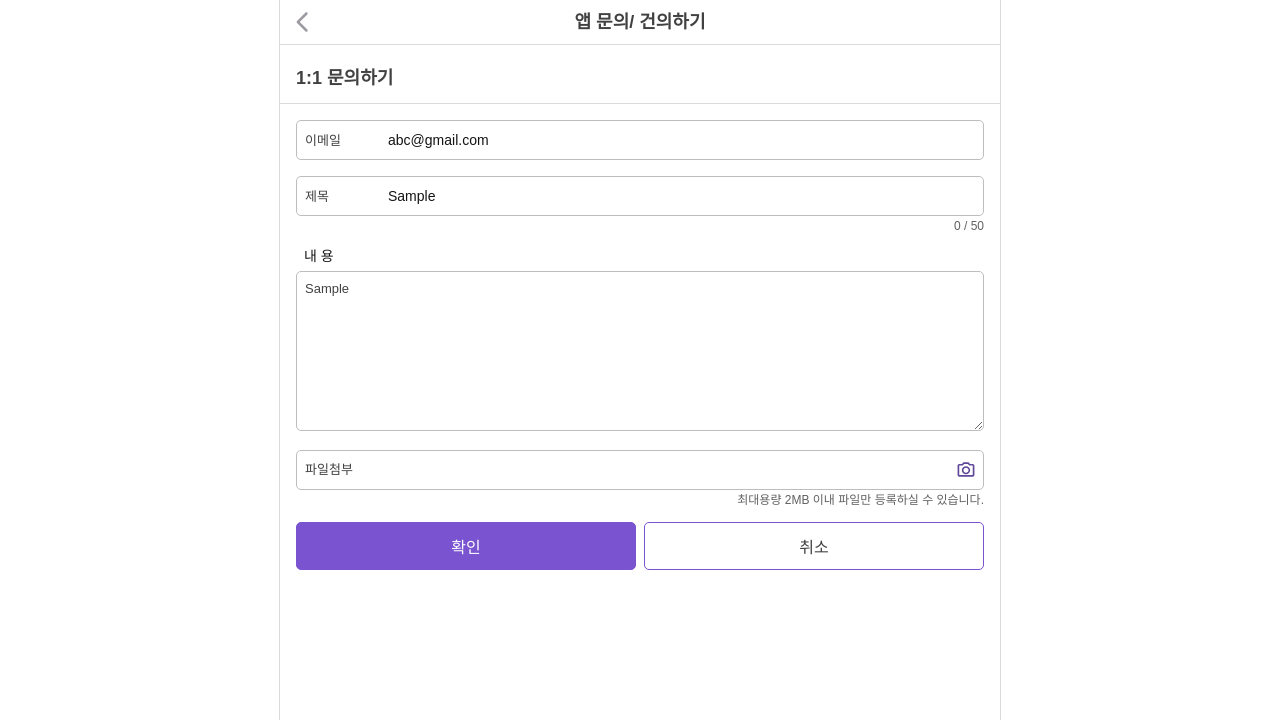
Repository: gosun1018/denguru
Page: my_complain_write.html
An editor plug-in stored every save of this project. The page is shown before and after the next save, followed by the edit.
The browser window is 1280 px wide. The pictures show the whole page.
Empty fields were first filled with sample values (such as "Sample", 5 or name@example.com).
After loading, the first visible `#complainText` was changed once.
Some web fonts or font styles are not loaded; a fallback is used. The style sheet was rebuilt from its Sass, Less or Tailwind sources for each picture, by a compiler version that may differ from the author's.

Above is the page before, as saved 2020-03-23 16:09:59.
Console error: ReferenceError: resizeTextarea is not defined

### my_complain_write.html
<!DOCTYPE html>
<html lang="en">
<head>
    <meta charset="UTF-8">
    <meta name="viewport" content="width=device-width, initial-scale=1.0">
    <title>DENGURU:: 앱 문의/ 건의하기</title>
    <link rel="stylesheet" href="css/main.css">
</head>
<body>
    <div class="wrap">
        <header class="header03 header03_white">
            <h1 class="h_title">앱 문의/ 건의하기</h1>
            <div class="btn_box">
                <a href="javascript:history.back();" class="btn_goback btn_left">
                    <img src="images/icon-goback.svg" alt="이전페이지" class="icon">
                </a>
            </div>
        </header>

        <div class="main">
            <div class="pd_header03"></div>
            <div class="complain_container">
                <h2 class="title08">1:1 문의하기</h2>

                <div class="complain_write_container">
                    <form onsubmit="return false;">
                        <div class="inp_box04">
                            <div class="inp_txt_box">
                                <label for="complainEmail" class="lab_txt">이메일</label>
                                <input type="email" name="complainTitle" class="inp_txt js-input" id="complainEmail" value="abc@gmail.com" label="이메일" disabled>
                            </div>
                        </div>
                        <div class="inp_box04">
                            <div class="inp_txt_box">
                                <label for="complainTitle" class="lab_txt">제목</label>
                                <input type="text" name="complainTitle" class="inp_txt js-input" id="complainTitle" label="제목">
                            </div>
                            <div class="txt_right inp_message js-txt-limit">
                                0 / 50
                            </div>
                        </div>
                        <div class="inp_box02">
                            <div class="lab_box">
                                <label for="complainText" class="lab">내 용</label>
                            </div>
                            <div class="inp_box">
                                <textarea name="complainText" id="complainText" class="inp inp_textarea" onkeydown="resizeTextarea(this)" onkeyup="resizeTextarea(this)"></textarea>
                            </div>
                        </div>
                        <div class="inp_box04">
                            <div class="inp_txt_box">
                                <div class="lab_txt">파일첨부</div>
                                <div class="inp_txt"></div>
                                <input type="file" name="complainFile" class="inp_txt js-input" id="complainFile" hidden>
                                <label for="complainFile" class="btn btn_linkstyle">
                                    <img src="images/icon-camera-main.svg" alt="파일첨부 버튼" class="icon">
                                </label>
                            </div>
                            <div class="txt_right inp_message js-txt-limit">
                                최대용량 2MB 이내 파일만 등록하실 수 있습니다.
                            </div>
                        </div>
                        <div class="btn_box">
                            <button type="submit" class="btn btn_half btn_main">확인</button>
                            <button type="reset" class="btn btn_half btn_main_line btn_right">취소</button>
                        </div>
                    </form>
                </div>
            </div>
        </div>
    </div>
</body>
</html>

### css/scss/main.scss
@charset "utf-8";

//utils
@import "utils/variables";
@import "utils/mixins";
@import "utils/animations";

// base
@import "base/reset";
@import "base/layout";
@import "base/typography";

//modules
@import "modules/swipercustom";
@import "modules/form";
@import "modules/button";
@import "modules/popup";
@import "modules/popover";
@import "modules/toast";
@import "modules/pagination";

//component
@import "component/header";
@import "component/navigation";
@import "component/itemlist";
@import "component/reviewlist";
@import "component/taglist";
@import "component/postlist";
@import "component/postcontent";

//pages
@import "pages/mainpg";
@import "pages/search";
@import "pages/resister-pet";
@import "pages/review";
@import "pages/home-item-info";
@import "pages/gostore";
@import "pages/password-mail-complete";
@import "pages/storelist";
@import "pages/my-main";
@import "pages/my-notification";
@import "pages/members";
@import "pages/withdrawal";
@import "pages/order-history";
@import "pages/mycomplain";

### css/scss/utils/_variables.scss
@import url(https://cdn.jsdelivr.net/gh/moonspam/NanumSquare@1.0/nanumsquare.css);

//base color
$main-color: #7953d0;//#5f4899;
$main-bold-color: #5b13d6;
$secondary-color: #ffb025;
$accent-color: #ff4d7e;//#d72d5c;
$primary-color: #0095c6;
$bg-gray-color: #f3f1f6;

//gray-scale
$gray-0: #fff;
$gray-1: #f5f5f5;
$gray-2: #dbdbdb;
$gray-3: #bdbdbd;
$gray-4: #9e9e9e;
$gray-5: #747474;
$gray-6: #616161;
$gray-7: #414141;
$gray-8: #141414;

//FONT

//font-color
$bold-font-color: $gray-8;
$base-font-color: $gray-7;
$light-font-color: $gray-6;
$x-light-font-color: $gray-5;
$main-font-color: $main-color;
$main-bold-font-color: $main-bold-color;
$accent-font-color: $accent-color;
$primary-font-color: $primary-color;

//font-family
$base-font-family: 'NanumSquare','Apple SD Gothic Neo','Malgun Gothic',arial,sans-serif;

//font-size
$base-font-size: 14px;
$xsmall-font-size: ceil($base-font-size * 0.71); //10px
$small-font-size: ceil($base-font-size * 0.85); //12px
$mid-font-size: ceil($base-font-size * 0.92); //13px
$large-font-size: ceil($base-font-size * 1.14); //16px

$title-font-size: ceil($base-font-size * 1.28); //18px

//line-height
$base-line-height: 1.4;
$narrow-line-height: 1.2;
$mid-line-height: 1.6;
$wide-line-height: 1.8;

//
$layout-base-padding: 16px;
$layout-small-padding: $layout-base-padding / 2;
$layout-large-padding: $layout-base-padding * 1.5;

// border
$base-border: 1px solid $gray-3;
$light-border: 1px solid $gray-2;
$x-light-border: 1px solid $gray-1;
$main-border: 1px solid $main-color;
$secondary-border: 1px solid $secondary-color;
$accent-border: 1px solid $accent-color;
$primary-border: 1px solid $primary-color;

//border-radius
$base-border-radius: 5px;
$large-border-radius: 10px;

// fixed component height
$gnb-bottom-height: $layout-base-padding * 3.5;
$nav-gostore-height: 48px;

$header-height01: $layout-base-padding * 3.5;
$header-height02: $layout-base-padding * 3.5;
$header-height03: 45px;
$header-height04: 45px;
$header-height05: 45px;
$header-height06: $layout-base-padding * 3.5;

### css/scss/utils/_mixins.scss
@mixin clearfix {
    &:after {
        content: '';
        display: block;
        clear: both;
    }
}

@mixin position-center($position) {
    position: $position;
    top: 50%;
    left: 50%;
    transform: translate(-50%, -50%);
}

@mixin one-line-ellipsis {
    white-space: nowrap;
    text-overflow: ellipsis;
    overflow: hidden;
}

@mixin multi-line-ellipsis ($line-height, $lines) {
    overflow: hidden;
    text-overflow: ellipsis;
    display: -webkit-box;
    -webkit-line-clamp: $lines;
    -webkit-box-orient: vertical;
    word-wrap: break-word;
    line-height: $line-height;
    height: $line-height * $lines * 1em;
}

@mixin circle ($box-size) {
    width: $box-size;
    height: $box-size;
    border-radius: $box-size / 2;
}

@mixin blind {
    position: absolute;
    overflow: hidden;
    clip: rect(0 0 0 0);
    margin: -1px;
    width: 1px;
    height: 1px;
}

@mixin layout-frame {
    width: 100%;
    max-width: 720px;
    min-width: 320px;
}

@mixin thumnail {
    position: relative;
    overflow: hidden;

    .img {
        position: absolute;
        top: 0;
        left: 0;
        width: 100%;
        height: 100%;
        object-fit: cover;
    }
}

@mixin thumnail-border($radius) {
    position: relative;

    &:after {
        content: '';
        position: absolute;
        top: 0;
        left: 0;
        width: 100%;
        height: 100%;
        box-sizing: border-box;
        border: 1px solid rgba($gray-2, 0.5);
        border-radius: $radius;
    }
}

@mixin btn-color-full($color) {
    background-color: $color;
    border: 1px solid $color;
}

### css/scss/utils/_animations.scss
@keyframes width-0-to-100 {
    from {
        width: 0;
    }

    to {
        width: 100%;
    }
}

### css/scss/base/_reset.scss
/* http://meyerweb.com/eric/tools/css/reset/
   v2.0 | 20110126
   License: none (public domain)
*/

html, body, div, span, applet, object, iframe, h1, h2, h3, h4, h5, h6, p, blockquote, pre, a, abbr, acronym, address, big, cite, code, del, dfn, em, img, ins, kbd, q, s, samp, small, strike, strong, sub, sup, tt, var, b, u, i, center, dl, dt, dd, ol, ul, li, fieldset, form, label, legend, table, caption, tbody, tfoot, thead, tr, th, td, article, aside, canvas, details, embed, figure, figcaption, footer, header, hgroup, menu, nav, output, ruby, section, summary, time, mark, audio, video {
    margin: 0;
    padding: 0;
    border: 0;
    font-size: 100%;
    font: inherit;
    vertical-align: baseline; }

  /* HTML5 display-role reset for older browsers */

  article, aside, details, figcaption, figure, footer, header, hgroup, menu, nav, section {
    display: block; }

  body {
    line-height: 1; }

  ol, ul {
    list-style: none; }

  blockquote, q {
    quotes: none; }

  blockquote {
    &:before, &:after {
      content: '';
      content: none; } }

  q {
    &:before, &:after {
      content: '';
      content: none; } }

  table {
    border-collapse: collapse;
    border-spacing: 0; }

  a {
    color: inherit;
    text-decoration: none;
  }
  :focus {
    outline-color: $main-color;
  }

### css/scss/base/_layout.scss
body {
    display: flex;
    min-height: 100vh;
    font-family: $base-font-family;
}
.blind {
    @include blind;
}
.clearfix {
    @include clearfix;
}
.wrap {
    display: flex;
    flex-direction: column;
    flex: 1;
    @include layout-frame;
    margin: 0 auto;
    background-color: $bg-gray-color;
}
@media screen and (min-width: 722px) {
    .wrap {
        border-right: $light-border;
        border-left: $light-border;
    }
}
.main {
    display: flex;
    flex-direction: column;
    min-height: 100vh;
}
.img_box {
    font-size: 0;

    .img {
        width: 100%;
        font-size: 12px;
    }
}
.vis_hidden {
    visibility: hidden;
}
.sect01 {
    padding: $layout-base-padding*3 0 0;
    margin-bottom: $layout-base-padding;
    background-color: $gray-0;

    .btn_box_bottom {
        margin-top: $layout-large-padding;
    }
    .btn_more {
        display: block;
        height: $layout-base-padding * 3;
        line-height: $layout-base-padding * 3;
        font-size: $base-font-size;
        border-top: $light-border;
        text-align: center;
        color: $main-font-color;
        font-weight: bold;

        .icon {
            width: 1.1em;
            vertical-align: middle;
        }
    }
}
.sect02 {
    padding: $layout-base-padding*3 0;
    margin-bottom: $layout-base-padding;
    background-color: $gray-0;

    .swiper-pagination {
        bottom: 0;
    }
    .items_wrap {
        padding-bottom: 10px;
    }
}
.sect03 {
    padding: $layout-small-padding;
    background-color: $gray-0;
}
.sect04 {
    margin-top: $layout-base-padding;
    background-color: $gray-0;
}
.sect05 {
    padding: $layout-large-padding 0;
    background-color: $gray-0;
}
.sect06 {
    padding: $layout-base-padding*2 0;
    background-color: $gray-0;
}
.sect_ad01 {
    font-size: 0;

    .bnr {
        width: 100%;
        font-size: 12px;
    }
}
.mt_head02 {
    margin-top: $layout-base-padding * 3.5;
}

### css/scss/modules/_swipercustom.scss
.swiper-pagination {

    .swiper-pagination-bullet {
        width: 10px;
        height: 10px;
    }
}
.swiper-container-horizontal>.swiper-pagination-bullets .swiper-pagination-bullet {
    margin: 0 $layout-small-padding;
}

.pagination_main {

    .swiper-pagination-bullet-active {
        background-color: $main-color;
    }
}
.swiper-pagination {font-size: 0;}

.items_wrap.swiper-container {
    padding: 0 $layout-base-padding 10px;
}

### css/scss/modules/_popover.scss
.popover_container {
    position: relative;
}
.popover {
    display: none;
    position: absolute;
    padding: 8px;
    border-radius: $base-border-radius;
    word-break: keep-all;
    font-size: $base-font-size;
    line-height: $base-line-height;
    box-shadow: 0 1px 4px rgba(0,0,0,0.15);

    &:before {
        content: '';
        position: absolute;
        display: block;
        width: 0;
        height: 0;
        border: 5px solid transparent;
    }
    &.show {
        display: block;
    }
}
.popover_main {
    background-color: $main-color;
    color: $gray-0;

    &.popover_right_top:before {
        border-bottom-color: $main-color;
    }
}
.popover_right_top{
    top: calc(100% + 5px);
    right: -3px;

    &:before {
        top: -10px;
        right: 5px;
    }
}

### css/scss/modules/_toast.scss
.toast_box {
    position: fixed;
    bottom: $gnb-bottom-height;
    left: $layout-base-padding;
    right: $layout-base-padding;
    display: flex;
    justify-content: center;
    align-items: center;
    padding: $layout-small-padding;
    min-height: 48px;
    box-sizing: border-box;
    background-color: rgba(0,0,0,0.85);
    color: #fff;
    font-size: $base-font-size;
    line-height: $base-line-height;
    text-align: center;
    word-break: keep-all;
    border-radius: $large-border-radius;
    overflow: hidden;
    visibility: hidden;
    opacity: 0;
    transition: opacity .5s, visibility .5s, transform .5s;
    z-index: 900;

    &.show {
        opacity: 1;
        visibility: visible;
        transform: translate(0, $layout-small-padding*-1);
    }
}

### css/scss/modules/_pagination.scss
.pagination01 {
    display: flex;
    justify-content: center;

    .page {
        height: 24px;
        min-width: 24px;
        padding: 0 3px;
        box-sizing: border-box;
        border-radius: 12px;
        margin: 0 4px;
        text-align: center;
        font-size: $base-font-size;
        line-height: 24px;
        color: $light-font-color;

        &.active {
            background-color: $main-color;
            color: $gray-0;
            font-weight: 900;
        }
        &.disabled {
            opacity: .5;
        }
    }
    .page_link {
        display: block;
        width: 100%;
        height: 100%;
    }
}

### css/scss/component/_taglist.scss
.tag_list01 {

    .tag_item {
        width: fit-content;
        float: left;

        .btn {
            margin: 0 4px;
        }
        &:first-child .btn {
            margin-left: $layout-base-padding;
        }
        &:last-child .btn {
            margin-right: $layout-base-padding;
        }

        &.active .btn {
            font-weight: bold;
            background-color: $secondary-color;
            border-color: $secondary-color;
        }
    }
}

### css/scss/component/_postlist.scss
.post_list_wrap {
    flex: 1;
    padding: $layout-small-padding 0 $layout-base-padding;
    background-color: $gray-0;

    .pagination01 {
        margin-top: $layout-base-padding * 2;
    }
}

.post_list01 {
    padding: 0 $layout-base-padding;

    .post_item {
        padding: $layout-base-padding 0;
        border-bottom: $light-border;
    }
    .post_date {
        margin-bottom: $layout-small-padding;
        font-size: $small-font-size;
        color: $light-font-color;
    }
    .post_title {
        font-size: $base-font-size;
        color: $bold-font-color;
        @include multi-line-ellipsis($base-line-height,2);
        height: auto;
        max-height: $base-line-height * 2em;

        .icon_new {
            height: 1em;
            vertical-align: middle;
        }
    }
}

### css/scss/component/_postcontent.scss
.post_content_wrap {
    flex: 1;
    display: flex;
    flex-direction: column;
}
.post_content_title_container {
    padding: $layout-base-padding;
    border-bottom: $light-border;

    .post_content_title {
        font-size: $large-font-size;
        line-height: $base-line-height;
        font-weight: bold;
        color: $base-font-color;
    }
    .post_content_date {
        margin-top: $layout-small-padding;
        font-size: $small-font-size;
        color: $light-font-color;
    }
}
.post_content_article {
    min-height: 200px;
    padding: $layout-large-padding $layout-base-padding;
    background-color: $gray-0;
    font-size: $mid-font-size;
    line-height: $mid-line-height;
    color: $base-font-color;
}
.post_content_link_container {
    flex: 1;
    padding: 0 $layout-base-padding;
    margin-top: $layout-base-padding;
    background-color: $gray-0;

    .post_content_link_box {
        margin-top: $layout-small-padding;
    }
    .post_content_link {
        display: flex;
        align-items: center;
    }
    .icon_box {
        width: 24px;
        height: 24px;

        .img {
            width: 100%;
            height: 100%;
        }
    }
    .post_page {
        margin: 0 $layout-small-padding;
        font-size: $mid-font-size;
        color: $base-font-color;
    }
    .post_title {
        font-size: $base-font-size;
        color: $bold-font-color;
        @include one-line-ellipsis;
    }

}

### css/scss/pages/_gostore.scss
.h_load_bar_box {
    display: none;
    width: 100%;
    height: 4px;
    background-color: $bg-gray-color;
    overflow: hidden;

    &.show {
        display: block;
    }

    .h_load_bar {
        width: 0;
        height: 100%;
        background-color: $main-color;
        border-radius: 0 2px 2px 0;
        animation: ease-in-out 5s forwards width-0-to-100;
    }
}

.load_gostore_container {
    display: none;
    flex: 1;
    box-sizing: border-box;
    flex-direction: column;
    background-color: $gray-0;

    &.show {
        display: flex;
    }

    .load_img_container {
        display: flex;
        flex: 7;
        justify-content: center;
        align-items: center;
    }
    .load_img_box {
        width: 140px;
        margin: 0 auto 22px;
    }
    .load_txt_box {
        text-align: center;

        .txt01 {
            font-size: 20px;
            color: $base-font-color;
            font-weight: 900;
        }
        .txt02 {
            margin-top: $layout-small-padding;
            font-size: $large-font-size;
            color: $base-font-color;
        }
        .emph {
            color: $main-font-color;
        }
    }
    .load_notice_container {
        display: flex;
        justify-content: center;
        align-items: center;
        flex: 3;
        background-color: $gray-1;
        text-align: center;
        font-size: $small-font-size;
        line-height: $base-line-height;
        color: $light-font-color;
    }
}
.page_store {
    display: none;
    flex: 1;
    overflow-y: auto;
    overflow-x: hidden;

    &.show {
        display: block;
    }
}

### css/scss/pages/_password-mail-complete.scss
.mail_complete_container {
    height: 100vh;
    display: flex;
    flex-direction: column;
    justify-content: center;
    align-items: center;
    background-color: $gray-0;

    .img_motion_box {
        width: 140px;
        margin: 0 auto;

        .img {
            width: 100%;
        }
    }
    .mail_complete_txt01 {
        margin-top: $layout-large-padding;
        text-align: center;
        font-size: 20px;
        line-height: $narrow-line-height;
        font-weight: 900;

        .emph {
            color: #8054ea;
        }
    }
    .mail_complete_txt02 {
        margin-top: 12px;
        text-align: center;
        font-size: $base-font-size;
        line-height: $base-line-height;
        color: $base-font-color;
    }
    .btn_box {
        margin-top: 60px;
        justify-content: center;
    }
    .btn_mail_success {
        width: 90px;
        height: 40px;
        font-size: $large-font-size;
        line-height: 40px;
    }
}

### css/scss/pages/_my-notification.scss
.notification_list_container {
    background-color: $gray-0;

    .notification_box {
        position: relative;
        padding: $layout-large-padding $layout-base-padding;

        &:not(:first-child):before {
            content: '';
            display: block;
            position: absolute;
            top: 0;
            left: $layout-base-padding;
            right: $layout-base-padding;
            height: 1px;
            background-color: $gray-1;
        }
    }
    .notification_new {
        background-color: $bg-gray-color;
    }
    .notification_link {
        display: flex;
    }
    .icon_box {
        flex-shrink: 0;
        width: 24px;
        height: 24px;
        margin-right: $layout-base-padding;
    }
    .notification_content {
        flex: 1;
    }
    .notification_title {
        font-size: $base-font-size;
        color: $bold-font-color;
        line-height: $base-line-height;
    }
    .notification_date {
        margin-top: 4px;
        font-size: $small-font-size;
        color: $light-font-color;
    }
    .notification_img {
        margin-top: $layout-base-padding;
    }
}

### css/scss/pages/_withdrawal.scss
.withdrawal_title_container {
    padding: $layout-base-padding*2 $layout-base-padding;
    background-color: $gray-0;

    .img_box {
        height: 64px;

        .img {
            height: 100%;
            object-fit: contain;
        }
    }
    .withdrawal_title {
        margin-top: $layout-base-padding;
        font-size: $title-font-size;
        font-weight: bold;
        color: $bold-font-color;
    }
}
.withdrawal_info_container {
    padding: $layout-large-padding 0;

    .withdrawal_item_num {
        font-weight: bold;
        color: $main-font-color;
    }
    .title07 {
        margin: 0 $layout-base-padding;
    }
}
.withdrawal_item_box {
    margin-bottom: $layout-large-padding;

    .withdrawal_item_list_container {
        margin-top: $layout-small-padding;
    }
    .thumb_box {
        width: 56px;
        height: 56px;
        overflow: hidden;
        border-radius: $base-border-radius;
        @include thumnail;
    }
    .withdrawal_item_bnr {
        margin: $layout-base-padding $layout-base-padding 0;
    }
}
.withdrawal_notice_box {
    padding: 0 $layout-base-padding;

    .withdrawal_notice {
        margin-top: $layout-small-padding;
        font-size: $small-font-size;
        color: $base-font-color;
        line-height: $base-line-height;
    }
}
.withdrawal_btn_container {
    flex: 1;
    padding: $layout-large-padding $layout-base-padding;
    background-color: $gray-0;

    .btn_box {
        margin-top: $layout-large-padding;
    }
}

Loaded but not shown: images/icon-camera-main.svg (9 lines, source omitted); css/scss/component/_reviewlist.scss (472 lines, source omitted); css/scss/modules/_form.scss (411 lines, source omitted); css/scss/pages/_review.scss (397 lines, source omitted); css/scss/pages/_search.scss (393 lines, source omitted); css/scss/component/_header.scss (401 lines, source omitted); css/scss/component/_itemlist.scss (212 lines, source omitted); css/scss/modules/_popup.scss (207 lines, source omitted); css/scss/pages/_home-item-info.scss (180 lines, source omitted); css/scss/pages/_my-main.scss (173 lines, source omitted); css/scss/pages/_storelist.scss (163 lines, source omitted); css/scss/pages/_order-history.scss (143 lines, source omitted); css/scss/modules/_button.scss (175 lines, source omitted); css/scss/component/_navigation.scss (140 lines, source omitted); css/scss/pages/_mycomplain.scss (126 lines, source omitted); css/scss/pages/_mainpg.scss (124 lines, source omitted); css/scss/pages/_resister-pet.scss (116 lines, source omitted); css/scss/pages/_members.scss (106 lines, source omitted); css/scss/base/_typography.scss (109 lines, source omitted)

After the next save:
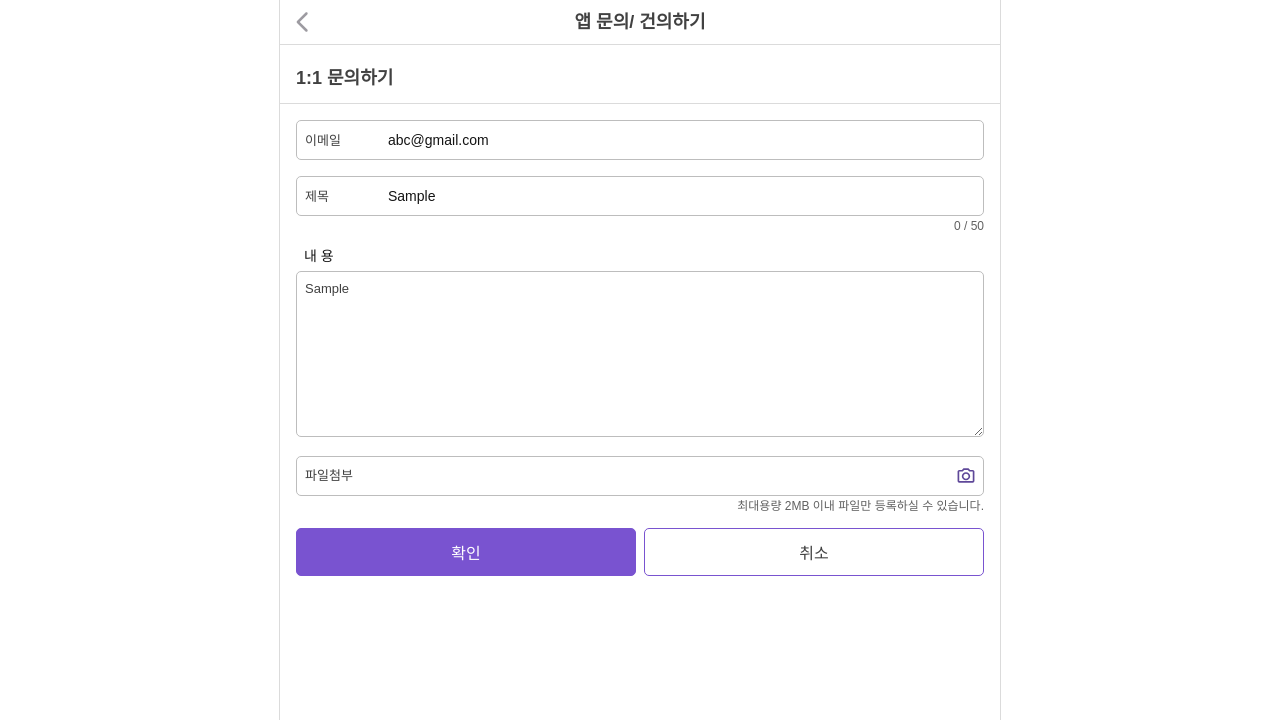
The error is gone.
Saved 89 s later.
--- a/my_complain_write.html
+++ b/my_complain_write.html
@@ -69,5 +69,14 @@
             </div>
         </div>
     </div>
+
+    <script>
+        //
+        function resizeTextarea(obj) {
+            obj.style.height = "1px";
+            obj.style.height = (8+obj.scrollHeight)+"px";
+        }
+
+    </script>
 </body>
 </html>
